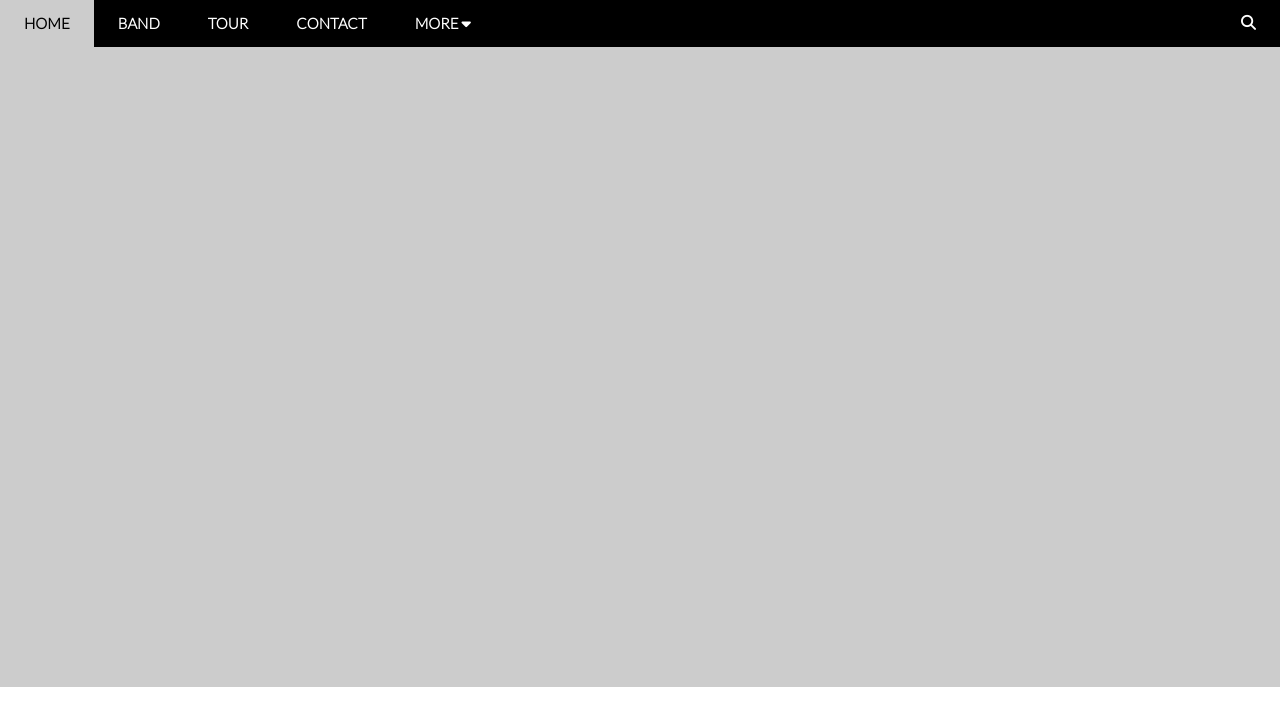
Repository: vanmanhAI/project-03-w3
Page: index.html
The author's editor kept a copy of each file at every save. The page is drawn from the files as they stood at one save, then again after a run of saves.
The browser window is 1280 px wide. The pictures show the whole page.
Some web libraries are served in a nearby version.

Above is the page before, as saved 2022-07-09 21:45:11.

After the next 2 saves:
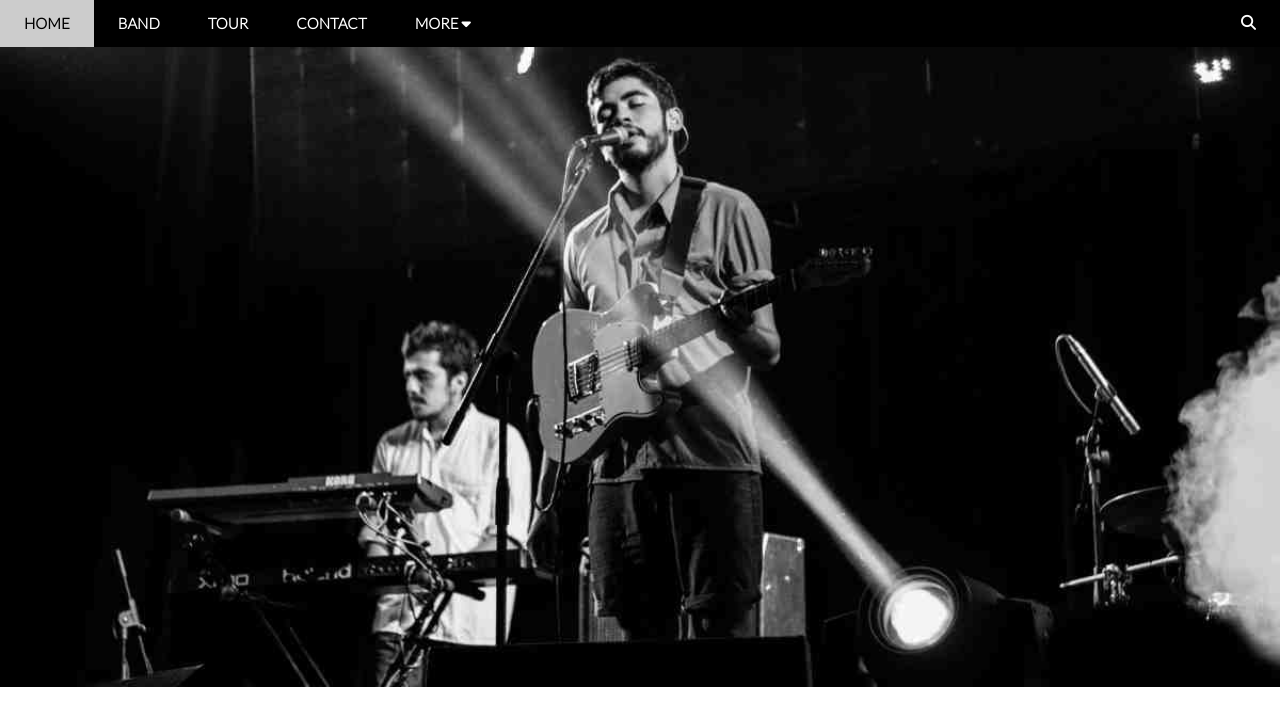
The 2 saves are shown as one change because they came seconds apart.
The last was saved 6 s later.
--- a/assets/css/style.css
+++ b/assets/css/style.css
@@ -94,7 +94,7 @@
     margin-top: calc(var(--lineheight-nav) + 2*var(--padding-nav));
     background: #ccc;
     padding-top: 50%;
-    background: url('/assets/img/sliders/chicago.jpg') top/c
+    background: url('/assets/img/sliders/chicago.jpg') top/cover
 }
 #content {
 

After the 2 saves that followed:
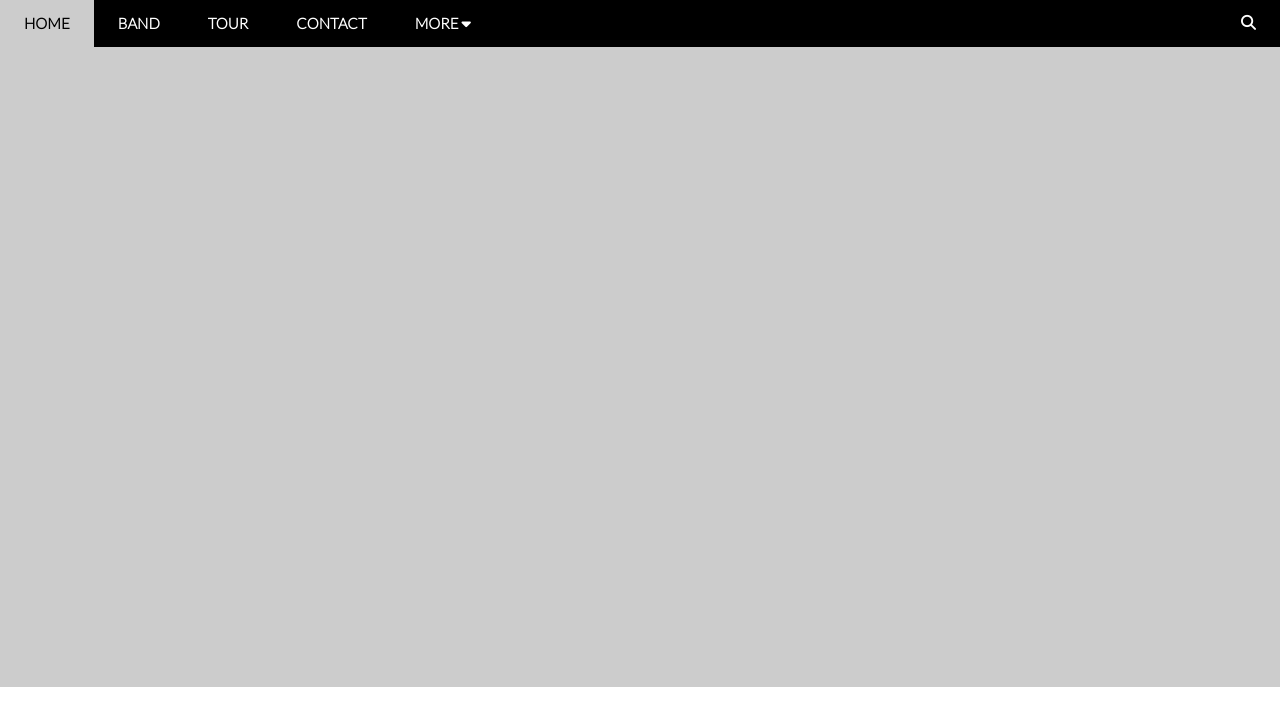
The 2 saves are shown as one change because they came seconds apart.
The last was saved 17 s later.
--- a/assets/css/style.css
+++ b/assets/css/style.css
@@ -94,7 +94,7 @@
     margin-top: calc(var(--lineheight-nav) + 2*var(--padding-nav));
     background: #ccc;
     padding-top: 50%;
-    background: url('/assets/img/sliders/chicago.jpg') top/cover
+    background: url('/assets/img/sliders/chicago.jpg') top/c
 }
 #content {
 
